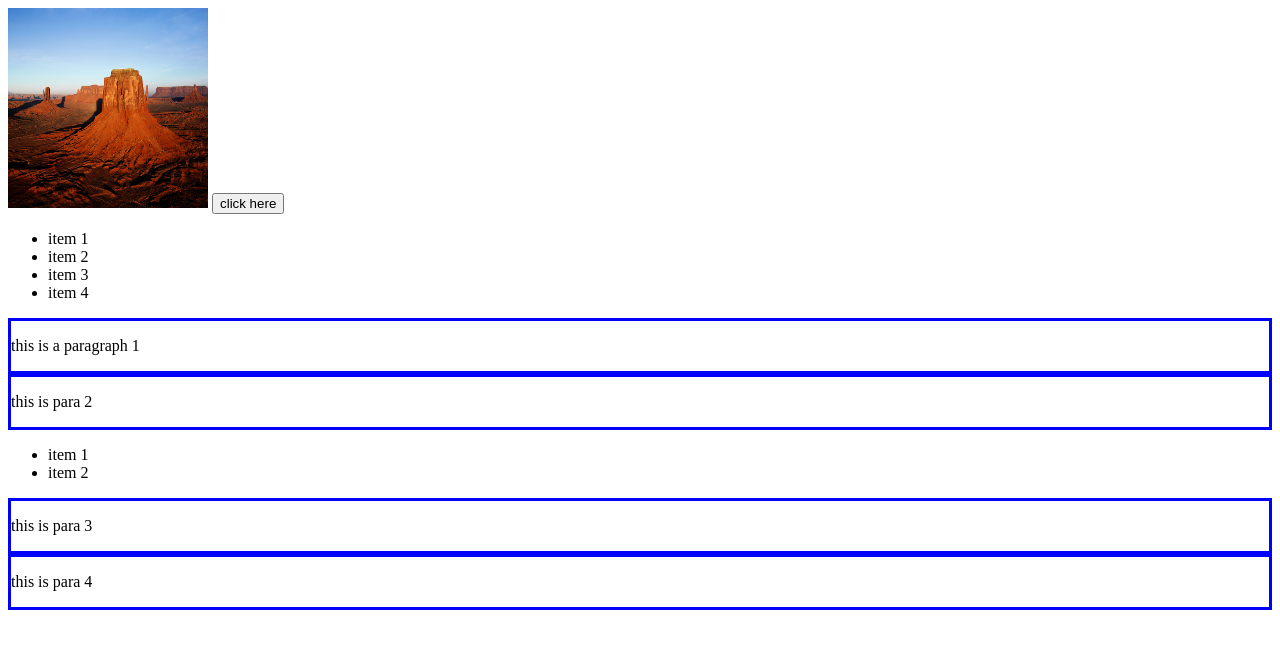
Repository: PoojaShirwaikar/BlockhainTest
Page: javascript/JQueryDemo/WebContent/domManipulation.html
The author's editor kept a copy of each file at every save. The page is drawn from the files as they stood at one save, then again after the next save.
The browser window is 1280 px wide. The pictures show the whole page.
Some web libraries are served in a nearby version.

Above is the page before, as saved 2017-11-13 05:09:55.

### javascript/JQueryDemo/WebContent/domManipulation.html
<!DOCTYPE html>
<html>
<head>
<meta charset="ISO-8859-1">
<title>Insert title here</title>
<script src="https://code.jquery.com/jquery-3.2.1.js"></script>
<script>
	$(function() {
		//alert($("#list1").text());
		//alert($("#list1").html());
		//	$("#list2").text("<li>this is new list item</li>")
		//$("#list2").html("<li>this is new list item</li>")
		//	$("p:last").text("new para");

		//	var mypara = $("<p>new paragraph</p>");
		//		$("#para3").html(mypara);

		//	$("#para3").append(" with dynamic text");

		//	$("#para1").appendTo("p:last");

		//	$("a").attr("target","_blank");
		//$("a").removeAttr('href');
		/*
		$("#b1").click(function(){
			$("img").attr("src","Lighthouse.jpg");
		}); */

		$("p").wrap("<div style='border: 3px solid blue'></div>");



	});
</script>
</head>
<body>
	<a href='Desert.jpg'><img src="Desert.jpg" width="200px"
		height="200px" /></a>
	<button id="b1" >click here</button>
	<ul id="list2"></ul>
	<ul id="list1">
		<li class="a">item 1</li>
		<li class="a">item 2</li>
		<li class="b">item 3</li>
		<li class="b">item 4</li>
	</ul>


	<p id="para1" class="a">this is a paragraph 1</p>
	<p>this is para 2</p>
	<ul id="list3">
		<li>item 1</li>
		<li>item 2</li>

	</ul>
	<p id="para3" class="b">this is para 3</p>
	<p class="b">this is para 4</p>




</body>
</html>

After the next save:
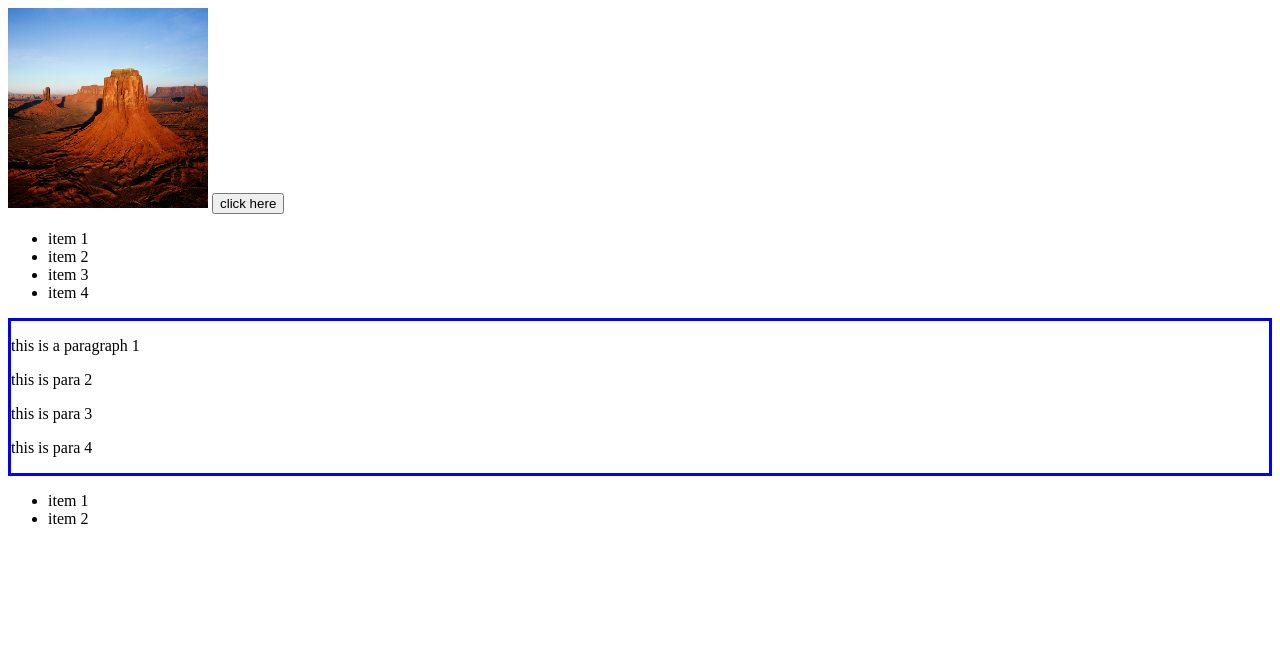
Saved 44 s later.
--- a/javascript/JQueryDemo/WebContent/domManipulation.html
+++ b/javascript/JQueryDemo/WebContent/domManipulation.html
@@ -26,7 +26,8 @@
 			$("img").attr("src","Lighthouse.jpg");
 		}); */
 
-		$("p").wrap("<div style='border: 3px solid blue'></div>");
+		//$("p").wrap("<div style='border: 3px solid blue'></div>");
+		$("p").wrapAll("<div style='border: 3px solid blue'></div>");
 
 
 
